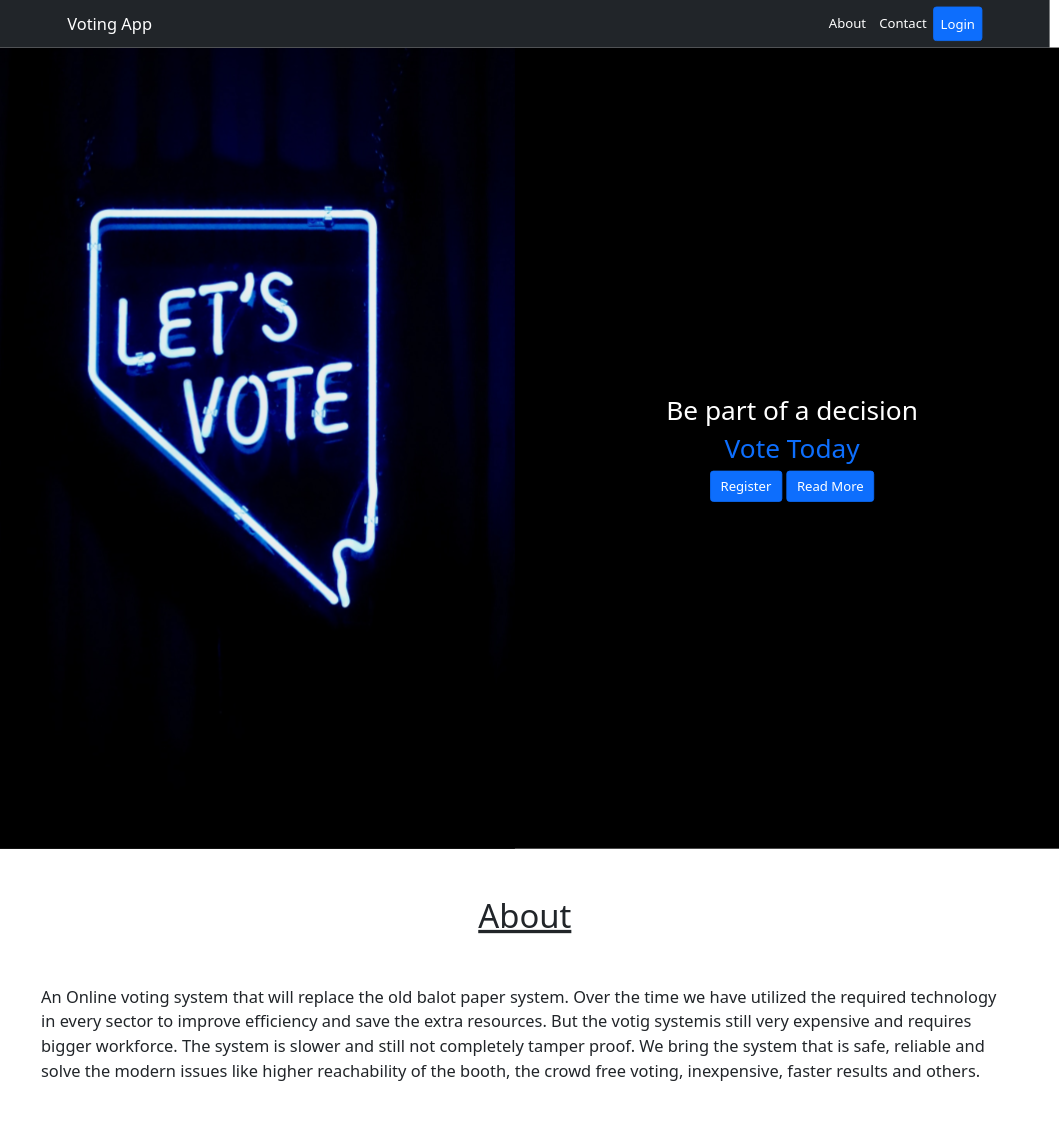
Repository: DavidManiIbrahim/Voting-app
Page: index.html
An editor plug-in stored every save of this project. The page is shown before and after the next save, followed by the edit.
The browser window is 1280 px wide. The page is 1292 px wide, so the pictures cover 1292 px, including what lies to the right of the window. The pictures show the whole page, at 82% of full size.

Above is the page before, as saved 2025-01-18 04:50:41.

### index.html
<!DOCTYPE html>
<html lang="en">
<head>
    <meta charset="UTF-8">
    <meta name="viewport" content="width=device-width, initial-scale=1.0">
    <title>Voting app</title>
    <link rel="stylesheet" href="./bootstrap.css">
    <link rel="stylesheet" href="./styles.css">
</head>
<body>

<!-- NavBar -->

    <nav class="navbar navbar-expand-lg bg-dark text-white ">
        <div class="container">
            <a href="#" class="navbar-brand text-white ">Voting App</a>


            <button class="navbar-toggler" data-bs-target="#navmenu" data-bs-toggle="collapse">
                <span class="navbar-toggler-icon bg-primary"></span>
            </button>
            <div class="collapse navbar-collapse " id="navmenu">
                <ul class="navbar-nav ms-auto text-center">
                    <li class="nav-link text-white">About</li>
                    <li class="nav-link text-white">Contact</li>
                    <a class="nav-link btn btn-primary text-white">Login</a>
                </ul>
            </div>
</div>
    </nav>

<!-- Hero Section -->

<div class="row h-100 curtain">
    <div class="col-md ">
        <img src="./unsplash_LA1VawaCjjI.svg" class="img-fluid" alt="" class="img-fluid">
    </div>
    <div class="col-md m-auto" >
        <div class="container-fluid text-center lead m-auto text-white" id="content">
            <h2>Be part of a decision</h2>
            <h2 class="text-primary">Vote Today</h2>
            <div class="">
                <button class="btn btn-primary">Register</button>
                <button class="btn btn-primary">Read More</button>
            </div>
        </div>
    </div>
</div>

<!-- About Section -->

<div class="row mt-5 about d-sm-inline-flex">
    <div class=" text-center box">

            <h1 class="rotate text-decoration-underline">About</h1>

    </div>
    <div class=" text ">
        <p class="lead">An Online voting system that will replace the old balot
        paper system. Over the time we have utilized the required
        technology in every sector to improve efficiency and save the
           extra resources. But the votig systemis still very
           expensive and requires bigger workforce. The system is slower
           and still not completely tamper proof. We bring the system that
           is safe, reliable and solve the modern issues like higher
           reachability of the booth, the crowd free voting, inexpensive,
           faster results and others.
        </p>
        <!-- <p class="wrap">Lorem ipsum dolor sit amet consectetur adipisicing elit. Doloribus asperiores quaerat quam blanditiis et error quia dolore temporibus accusantium adipisci deleniti, corrupti distinctio sapiente explicabo tempora atque perspiciatis obcaecati molestiae?</p> -->
        <!-- <p class="wrap">Lorem ipsum dolor sit amet consectetur adipisicing elit. Doloribus asperiores quaerat quam blanditiis et error quia dolore temporibus accusantium adipisci deleniti, corrupti distinctio sapiente explicabo tempora atque perspiciatis obcaecati molestiae?</p> -->
        <!-- <p class="wrap">Lorem ipsum dolor sit amet consectetur adipisicing elit. Doloribus asperiores quaerat quam blanditiis et error quia dolore temporibus accusantium adipisci deleniti, corrupti distinctio sapiente explicabo tempora atque perspiciatis obcaecati molestiae?</p> -->
        <!-- <p class="wrap">Lorem ipsum dolor sit amet consectetur adipisicing elit. Doloribus asperiores quaerat quam blanditiis et error quia dolore temporibus accusantium adipisci deleniti, corrupti distinctio sapiente explicabo tempora atque perspiciatis obcaecati molestiae?</p> -->
    </div>
</div>
<!--  -->





    <script src="./bootstrap.min.js"></script>
</body>
</html>

### styles.css
.lead,#content{
    /* height:50vh; */
    /* border:1px solid; */
    padding: 50px;
}

.curtain{
    background-color: #000;
}

.rotate{
    margin: 10px auto;
}

.about{
    /* border:1px solid red; */
    position:relative;
}

.box{
    /* width:50%;
    rotate:270deg;
    padding:50px;
    border:1px solid yellow;
    height:200px; */
}

.wrap{
    width:50vw;
    padding: 40px;
    /* border:1px solid; */
}

.text{
    /* border:1px solid blue; */
}

Loaded but not shown: bootstrap.css (library); bootstrap.min.js (library)

After the next save:
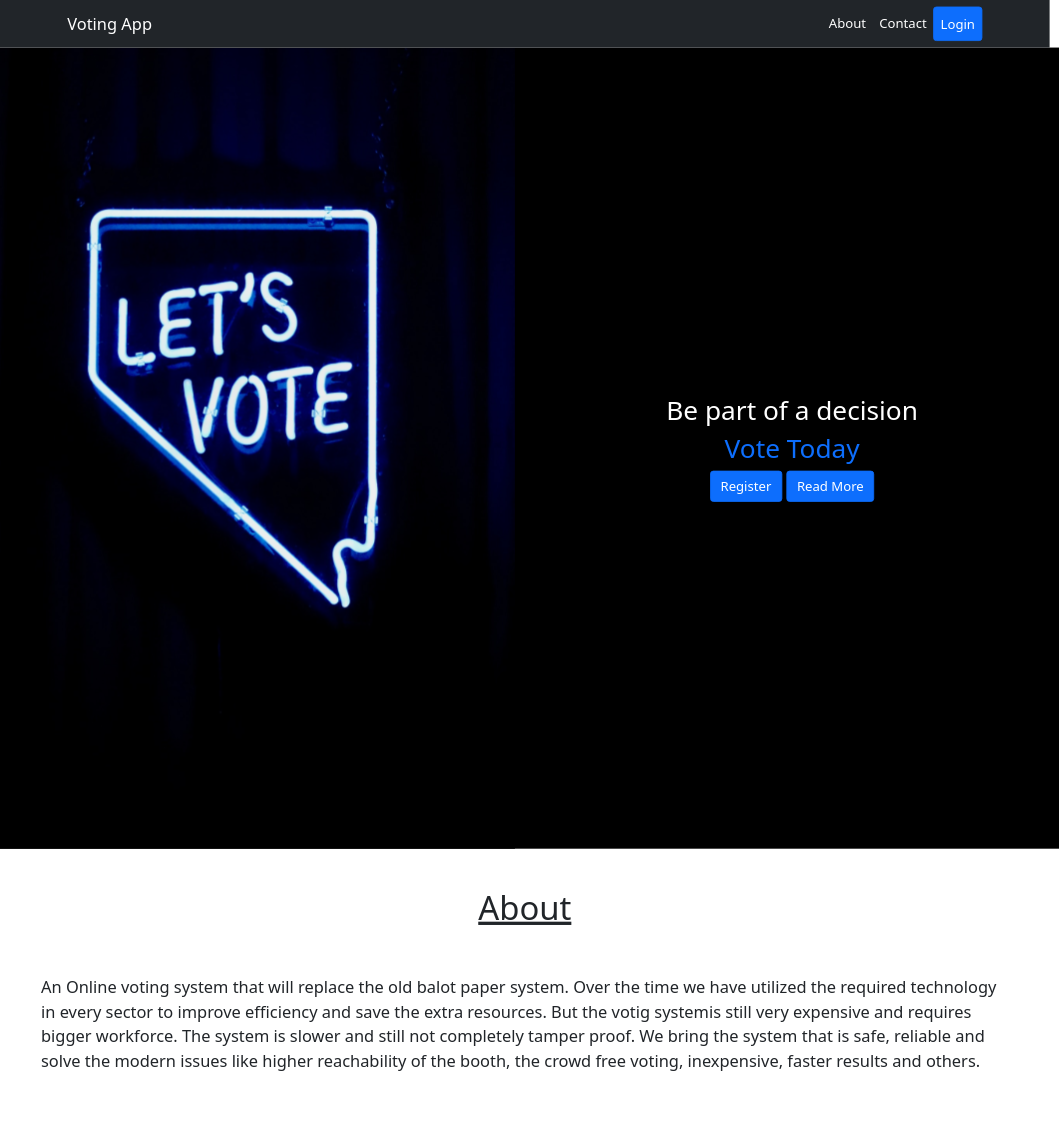
Saved 115 s later.
--- a/index.html
+++ b/index.html
@@ -52,7 +52,7 @@
 <div class="row mt-5 about d-sm-inline-flex">
     <div class=" text-center box">
 
-            <h1 class="rotate text-decoration-underline">About</h1>
+            <h1 class=" text-decoration-underline">About</h1>
 
     </div>
     <div class=" text ">
